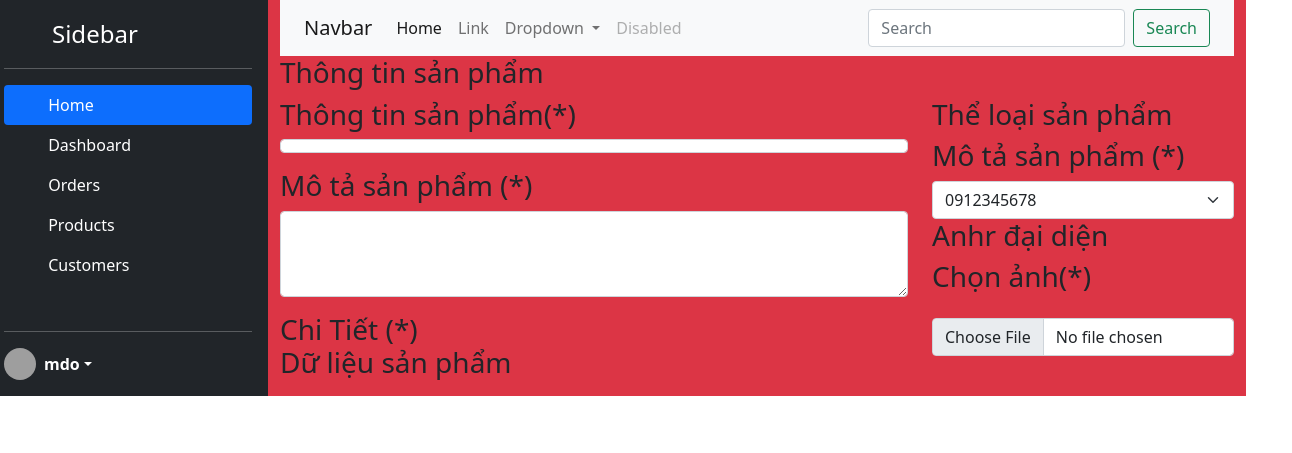
Repository: Lehuyhuynh/BT12-BOOTSTRAP
Page: index.html
These files come from the project's save history. The page is drawn as it stood at one moment and after the next save; the edit follows.
The browser window is 1280 px wide. The page is 1292 px wide, so the pictures cover 1292 px, including what lies to the right of the window. The pictures show the whole page.
Pictures or frames that could not be fetched are drawn as grey boxes.

Above is the page before, as saved 2023-08-19 22:43:02.

After the next save:
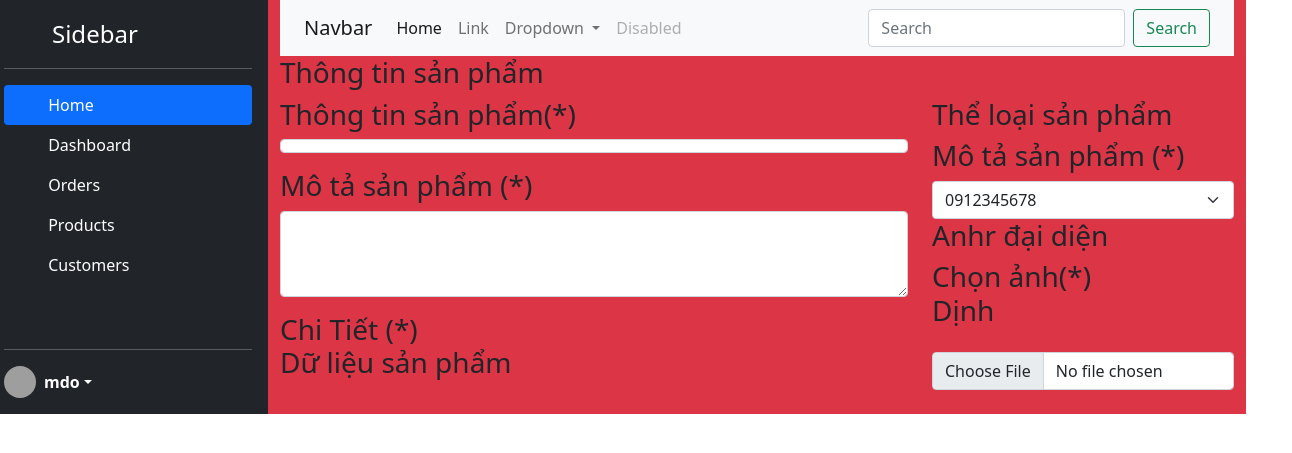
Saved 4 s later.
--- a/index.html
+++ b/index.html
@@ -154,7 +154,7 @@
                 <h3>Anhr đại diện</h3>
                 <div class="mb-3">
                   <label for="formFile" class="form-label">Chọn ảnh(*)
-                    <p></p>
+                    <p>Dịnh </p>
                   </label>
                   <input class="form-control" type="file" id="formFile">
                 </div>

After the save that followed:
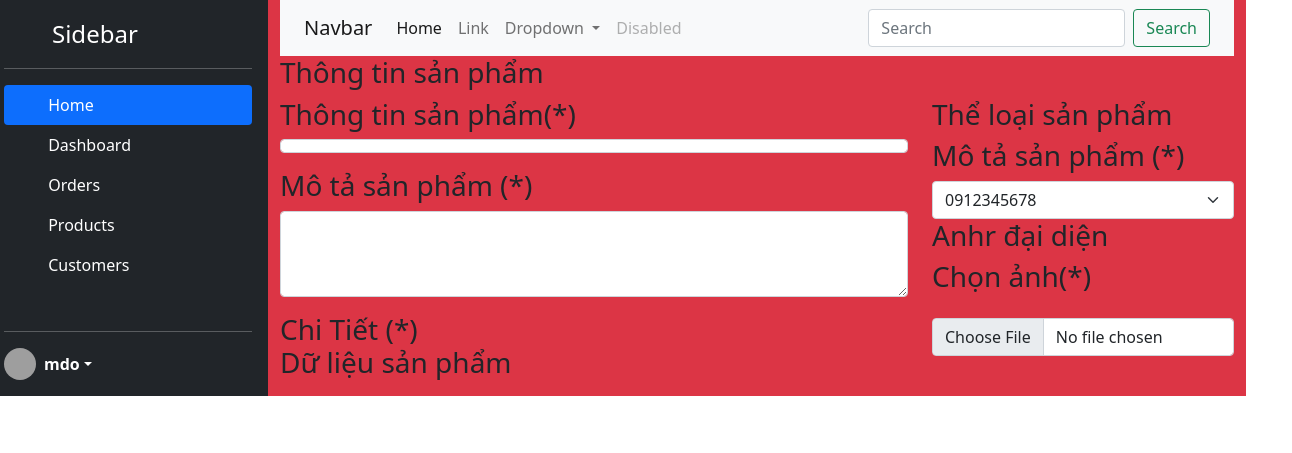
Saved 10 s later.
--- a/index.html
+++ b/index.html
@@ -154,7 +154,7 @@
                 <h3>Anhr đại diện</h3>
                 <div class="mb-3">
                   <label for="formFile" class="form-label">Chọn ảnh(*)
-                    <p>Dịnh </p>
+                    <p> </p>
                   </label>
                   <input class="form-control" type="file" id="formFile">
                 </div>
